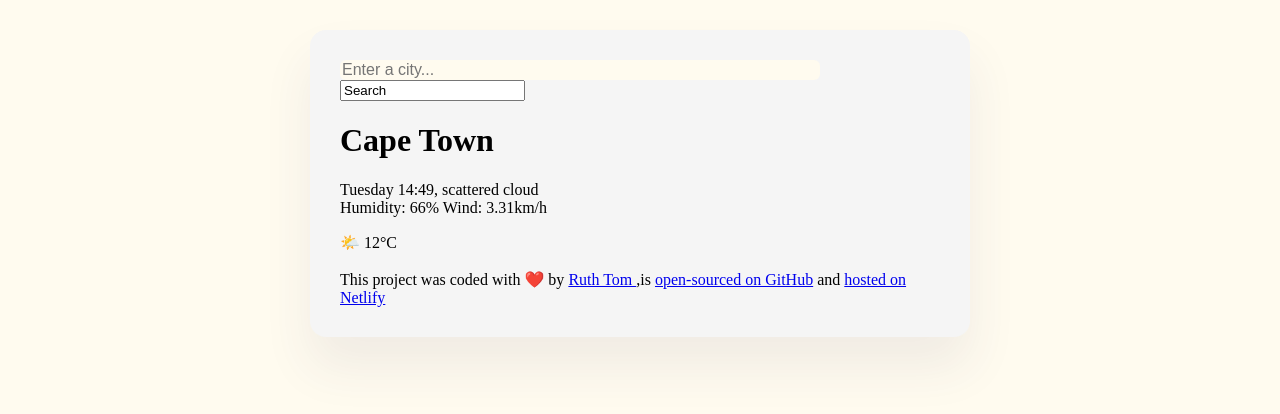
Repository: RuthTom711/Weatherly-App
Page: index.html
These files come from the project's save history. The page is drawn as it stood at one moment and after a run of saves; the edit follows.
The browser window is 1280 px wide. The pictures show the whole page.

Above is the page before, as saved 2025-11-10 23:29:34.

### index.html
<!DOCTYPE html>
<html lang="en">
  <head>
    <meta charset="UTF-8" />
    <meta name="viewport" content="width=device-width, initial-scale=1.0" />
    <link rel="preconnect" href="https://fonts.googleapis.com" />
    <link rel="preconnect" href="https://fonts.gstatic.com" crossorigin />
    <link
      href="https://fonts.googleapis.com/css2?family=Roboto+Mono:ital,wght@0,100..700;1,100..700&family=Roboto:ital,wght@0,100..900;1,100..900&family=Work+Sans:ital,wght@0,100..900;1,100..900&display=swap"
      rel="stylesheet"
    />
    <link rel="stylesheet" href="src/styles.css" />
    <title>Weatherly App</title>
  </head>
  <body>
    <div class="weather-app">
      <header>
        <form class="search-form">
          <input type="search" placeholder="Enter a city..." required class="search-form-input" />
          <input type="Subnit" value="Search" />
          <link rel="stylesheet" href="src/styles.css" class="search-form-button" />
        </form>
      </header>

      <main>
        <div>
          <h1>Cape Town</h1>
          <p>
            Tuesday 14:49, scattered cloud
            <br />
            Humidity: 66% Wind: 3.31km/h
          </p>
        </div>
        <div>🌤️ 12°C</div>
      </main>

      <br />
      <footer>
        This project was coded with ❤️ by
        <a href="https://github.com/RuthTom711" target="_blank"> Ruth Tom </a
        >,is
        <a href="https://github.com/RuthTom711/Weatherly-App" target="_blank">
          open-sourced on GitHub</a
        >
        and
        <a
          href="https://app.netlify.com/projects/ruth-weatherly-app/"
          target="_blank"
        >
          hosted on Netlify</a
        >
      </footer>
    </div>
  </body>
</html>

### src/styles.css
body {
    background-color: #fffbef;
}

.weather-app{
    background: whitesmoke;
    max-width: 600px;
    margin: 30px auto;
    padding: 30px;
    box-shadow: 0 30px 50px rgba(65,50,100,0.08);
    border-radius: 16px;

}
.search-form-input {
    background-color: #fffbef;
    border: none;
    border-radius: 6px;
    width: 80%;
    font-size: 16px;

}

After the next 7 saves:
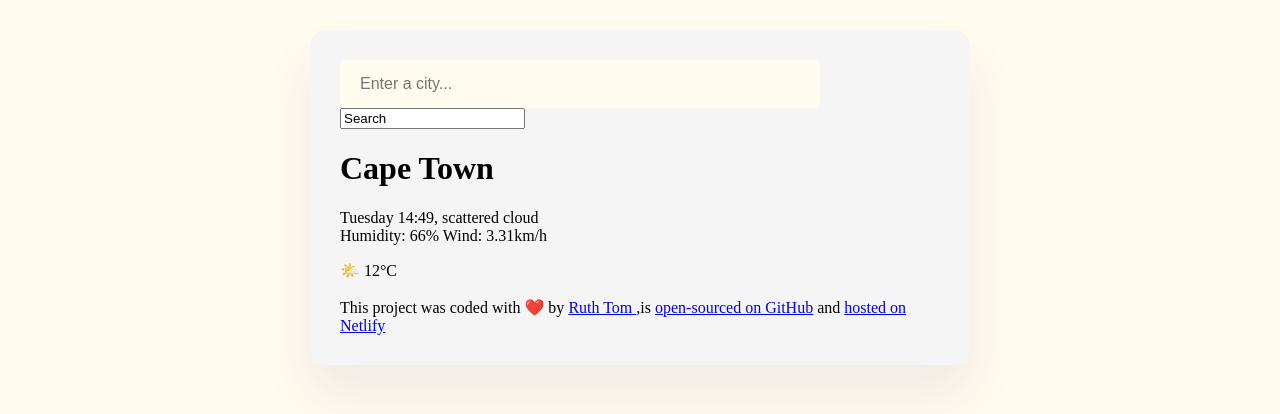
The 7 saves are shown as one change because they came seconds apart.
The last was saved 20 s later.
--- a/src/styles.css
+++ b/src/styles.css
@@ -17,5 +17,5 @@ body {
     border-radius: 6px;
     width: 80%;
     font-size: 16px;
-
+    padding: 15px 20px;
 }
